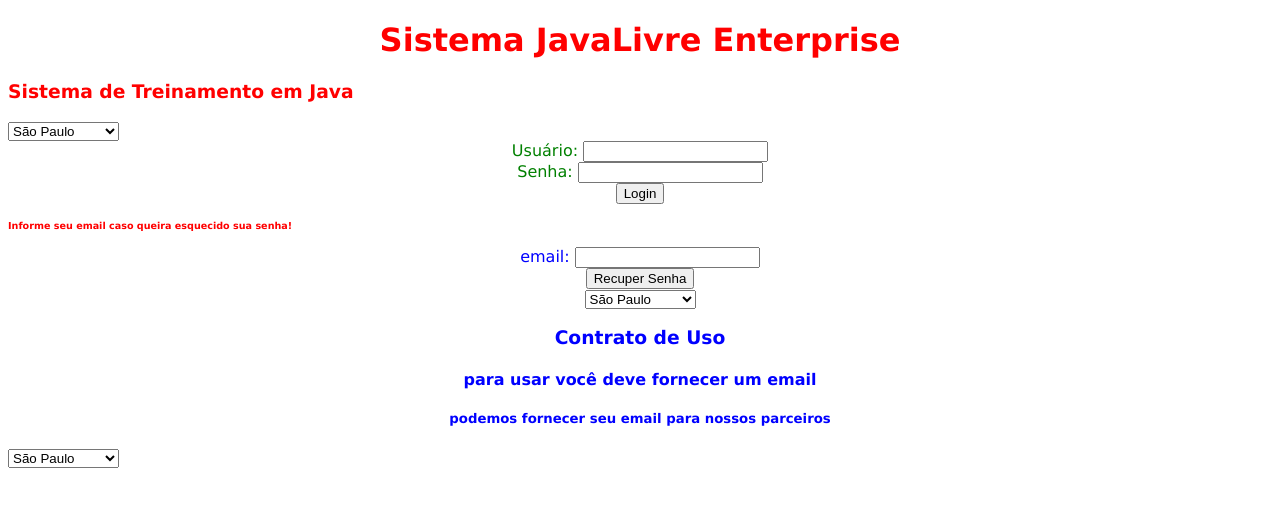
Repository: marciojv/treina-java
Page: workspace/JavaLivre/src/html/login.html
An editor plug-in stored every save of this project. The page is shown before and after the next save, followed by the edit.
The browser window is 1280 px wide. The pictures show the whole page.

Above is the page before, as saved 2017-06-10 16:34:51.

### workspace/JavaLivre/src/html/login.html
<!DOCTYPE html>
<html>
<head>

<link rel="stylesheet" type="text/css" href="css/javalivre.css">

<style type="text/css">


/*

#form1 select {
    color: yellow;
}


form select {
    color: yellow;
}


# os dois elementos recebem os atributos
form select {
    color: yellow;
}

# muda os elementos select que estao dentro de qualquer form
form > select {
    color: yellow;
}



:focus {
    color: pink;
}


*/


div {
   color: blue;
   text-align: center;
}

h1 {
  text-align: center;
}

#h5recupera {
  font-size: 60%;
}

.contrato {
    text-align: center;
    color: blue;
}

</style>


<meta charset="UTF-8">
<title>Login</title>
</head>
<body>
<h1>Sistema JavaLivre Enterprise</h1>
<h3>Sistema de Treinamento em Java</h3>

<form id="form1" action="login.html">

<select name="estado" >
  <option value="PR">Paraná</option>
  <option value="SC">Santa Catarina</option>
  <option selected value="SP">São Paulo</option>
</select>

<div id="divlogin" style="color:green" >
Usuário: <input type="text" name="login"><br>
Senha:   <input type="text" name="senha"><br>
         <input type="submit" value="Login"><br>
</div>

</form>

<h5 id="h5recupera" >Informe seu email caso queira esquecido sua senha!</h5>
<div id="divrecupera">
<form action="login.html">
email: <input type="email" name="email"><br>
       <input type="submit" value="Recuper Senha"><br>

<select name="estadorecupera" >
  <option value="PR">Paraná</option>
  <option value="SC">Santa Catarina</option>
  <option selected value="SP">São Paulo</option>
</select>

</form>
</div>

<h3 class="contrato" >Contrato de Uso</h3>
<h4 class="contrato" >para usar você deve fornecer um email</h4>
<h5 class="contrato" >podemos fornecer seu email para nossos parceiros</h5>

<select name="estadocontrato" >
  <option value="PR">Paraná</option>
  <option value="SC">Santa Catarina</option>
  <option selected value="SP">São Paulo</option>
</select>

</body>




</html>

### workspace/JavaLivre/src/html/css/javalivre.css
@CHARSET "UTF-8";

body {
  color: red;
  font-family: verdana;
}




/*
select {
    color: pink;
}
*/


/* Adiciona o Css a todos elementos */
/*
* {
	color: pink;
}
*/

After the next save:
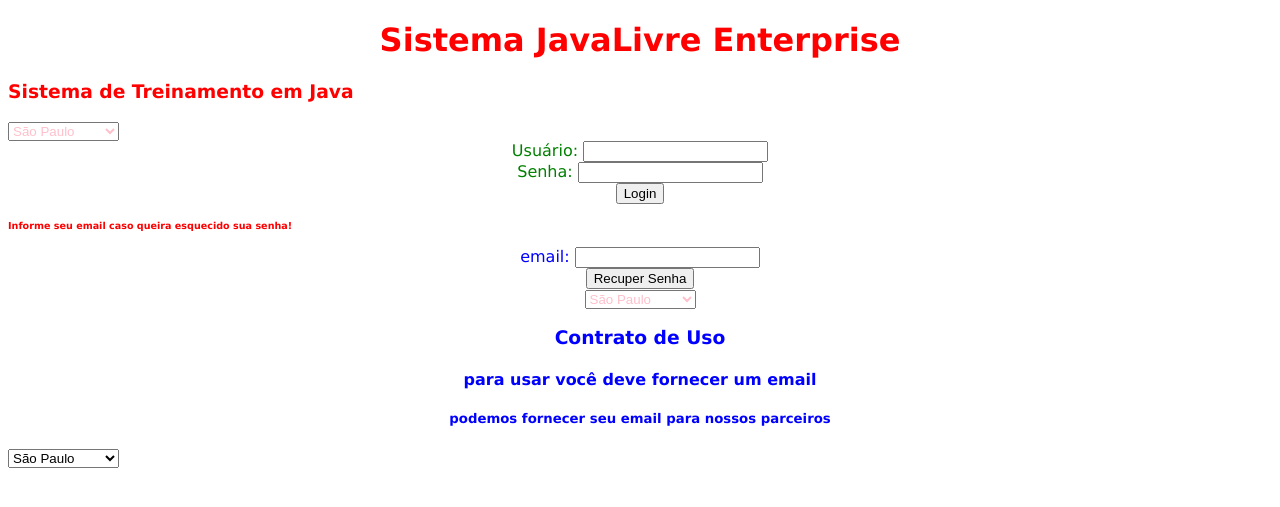
Saved 13 s later.
--- a/workspace/JavaLivre/src/html/css/javalivre.css
+++ b/workspace/JavaLivre/src/html/css/javalivre.css
@@ -6,7 +6,9 @@ body {
 }
 
 
-
+form > select {
+    color: pink;
+}
 
 /*
 select {
